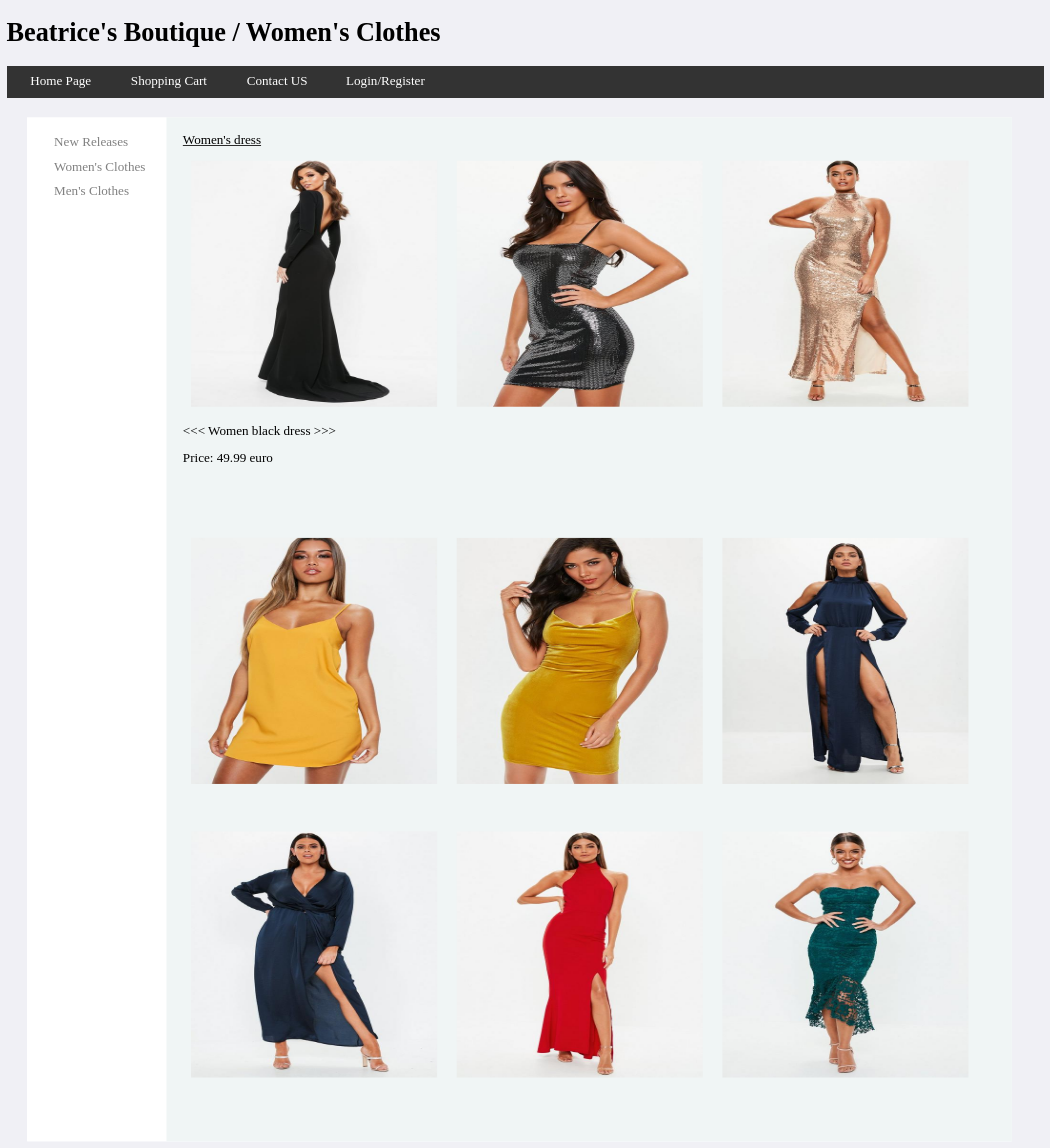
Repository: IosifDobos/Beatrice-Boutique
Page: BeatriceBoutique/Java/WorkSpace/BeatriceBoutique/WebContent/womensClothes.html
An editor plug-in stored every save of this project. The page is shown before and after the next save, followed by the edit.
The browser window is 1280 px wide. The pictures show the whole page, at 82% of full size.

Above is the page before, as saved 2018-12-04 17:26:51.

### BeatriceBoutique/Java/WorkSpace/BeatriceBoutique/WebContent/womensClothes.html
<!DOCTYPE html >
<html>
<head>
<meta http-equiv="Content-Type" content="text/html; charset=ISO-8859-1">
<link rel="stylesheet" type="text/css" href="styleSheet.css">
<title>Women's Clothes</title>
</head>
<body>

	<h1>Beatrice's Boutique / Women's Clothes</h1>

	<ul>
		<li><a href="homePage.html">Home Page</a></li>
		<li><a href="shoppingCart.html">Shopping Cart</a></li>
		<li><a href="contact.html">Contact US</a></li>
		<li><a href="login.html">Login/Register</a></li>
	</ul>


	<div class = "container">
		<!-- left side of the container where menu is displayed -->
		<div id="sidemenu">
			<a href="#">New Releases</a>
			<a href="womensClothes.html">Women's Clothes</a>
			<a href="#">Men's Clothes</a>
		</div>
		<!-- right side of the container -->
		<div id="right-side">
			<p><u>Women's dress</u></p>

			<img alt="dress" src="womens-img/black-open-back-maxi-dress.jpg" width="300" height="300" style="margin-left: 10px;">

			<img alt="dress1" src="womens-img/black-sewn-through-disc-bodycon-mini-dress.jpg" width="300" height="300" style="margin-left: 20px;">

			<img alt="dress2" src="womens-img/gold-sequin-choker-maxi-dress.jpg" width="300" height="300" style="margin-left: 20px;">
			<div id="product-1">
				<p><<< Women black dress >>> </p>
				<p>Price: 49.99 euro</p>
			</div>
			<br><br><br><br>
			<img alt="dress3" src="womens-img/mustard-cami-shift-dress.jpg" width="300" height="300" style="margin-left: 10px;">

			<img alt="dress4" src="womens-img/mustard-velvet-cowl-mini-dress.jpg" width="300" height="300" style="margin-left: 20px;">

			<img alt="dress5" src="womens-img/navy-split-front-maxi-dress.jpg" width="300" height="300" style="margin-left: 20px;">

			<br><br><br><br>
			<img alt="dress6" src="womens-img/plus-size-navy-wrap-front-knot-dress.jpg" width="300" height="300" style="margin-left: 10px;">

			<img alt="dress7" src="womens-img/red-choker-maxi-dress.jpg" width="300" height="300" style="margin-left: 20px;">

			<img alt="dress8" src="womens-img/teal-lace-bandeau-bust-cup-midi-dress.jpg" width="300" height="300" style="margin-left: 20px;">

			<br><br><br><br>
		</div>

	</div>

</body>
</html>

### BeatriceBoutique/Java/WorkSpace/BeatriceBoutique/WebContent/styleSheet.css
@charset "UTF-8";

body{
	background-color: #f0f0f5;
}

ul {
	position: -webkit-sticky;
	position: sticky;
    list-style-type: none;
    top: 0;
    margin: 0;
    padding: 0;
    overflow: hidden;
    background-color: #333;
}

li{
	float: left;
}

li a{
	display: block;
	color: white;
	text-align: center;
	padding: 10px 16px;
	text-decoration: none;
	width: 100px;

}

li a:hover {
    background-color: #555;
    color: white;
}

.active {
    background-color: #4CAF50;
    color: white;
}

.container{
	margin-top: 25px;
	margin-left: 25px;
	margin-right: 25px;
	background-color:  white;
	min-height: 400px;
	width: 95%;
}

/*#container:after{
	content: "";
	display: table;
	clear: both;
} */



#sidemenu {
    min-height: 100px;; /* Full-height: remove this if you want "auto" height */
    width: 150px;; /* Set the width of the sidebar */
    position: fixed; /* Fixed Sidebar (stay in place on scroll) */
    z-index: 1; /* Stay on top */
    top: 150px; /* Stay at the top */
    left: 50px;
    background-color: ; /* Black */
    overflow-x: hidden; /* Disable horizontal scroll */
    padding: 8px 0;
}

#sidemenu a {
    padding: 6px 8px 6px 16px;
    text-decoration: none;
    font-size: 16px;
    color: #818181;
    display: block;
}

/* When you mouse over the navigation links, change their color */
#sidemenu a:hover {
    color: #679898;
}

/* Style page content */
#right-side {
    margin-left: 170px; /* Same as the width of the sidebar */
    padding: 3px 5px 20px 20px;
    background-color: #f0f5f5;
    min-height: 300px;
}


/* #right-side{
	float: right;
	margin-right: 20px;
	width: 60%;
} */






/* Responsive layout - when the screen is less than 600px wide, make the two columns stack on top of each other instead of next to each other */
@media screen and (max-width: 600px) {
    .col-25, .col-75, input[type=submit] {
        width: 100%;
        margin-top: 0;
    }
}

@media screen and (max-height: 450px) {
    #sidemenu {padding-top: 15px;}
    #sidemenu a {font-size: 18px;}
}

After the next save:
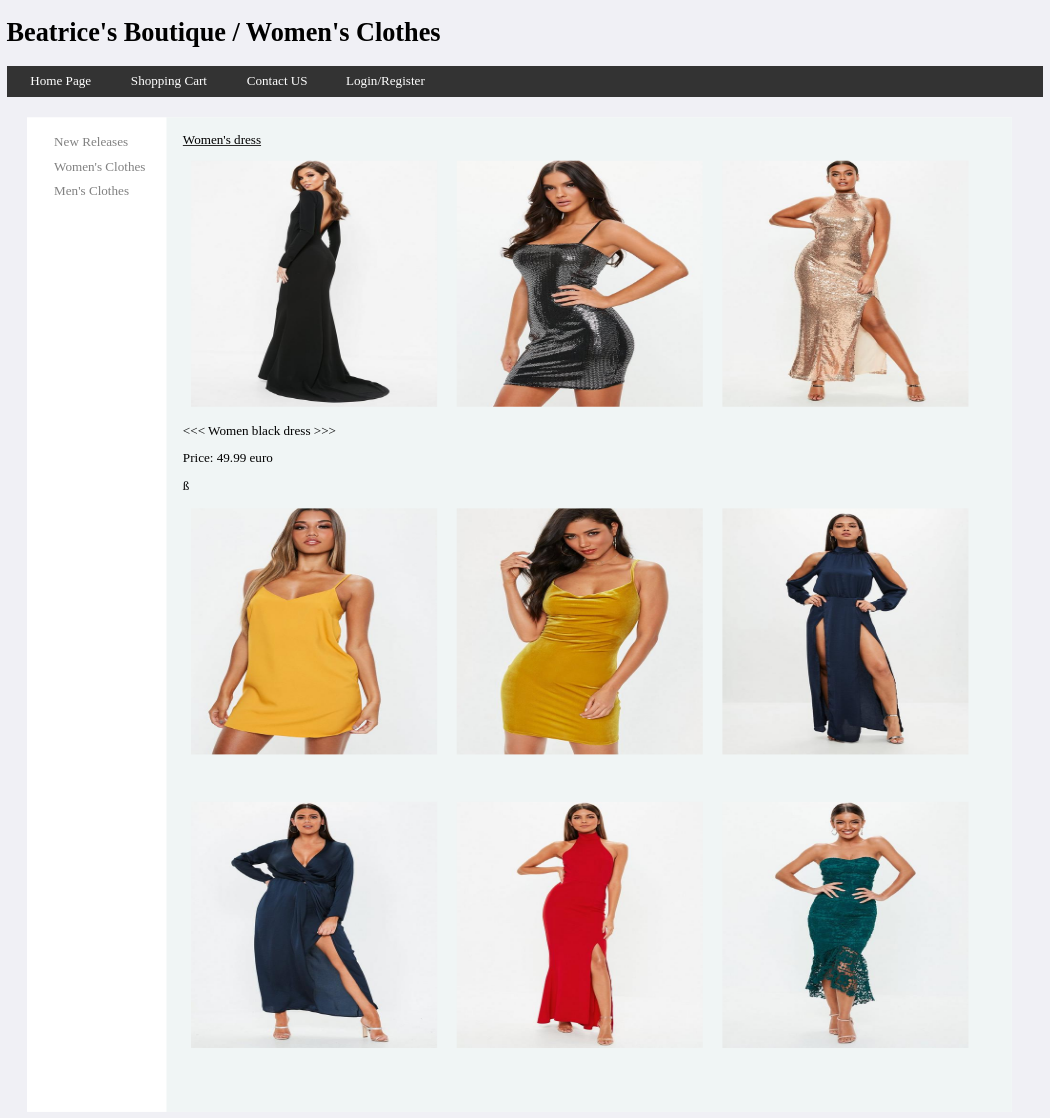
Saved 30 s later.
--- a/BeatriceBoutique/Java/WorkSpace/BeatriceBoutique/WebContent/womensClothes.html
+++ b/BeatriceBoutique/Java/WorkSpace/BeatriceBoutique/WebContent/womensClothes.html
@@ -37,7 +37,7 @@
 				<p><<< Women black dress >>> </p>
 				<p>Price: 49.99 euro</p>
 			</div>
-			<br><br><br><br>
+			ß<br><br>
 			<img alt="dress3" src="womens-img/mustard-cami-shift-dress.jpg" width="300" height="300" style="margin-left: 10px;">
 
 			<img alt="dress4" src="womens-img/mustard-velvet-cowl-mini-dress.jpg" width="300" height="300" style="margin-left: 20px;">
